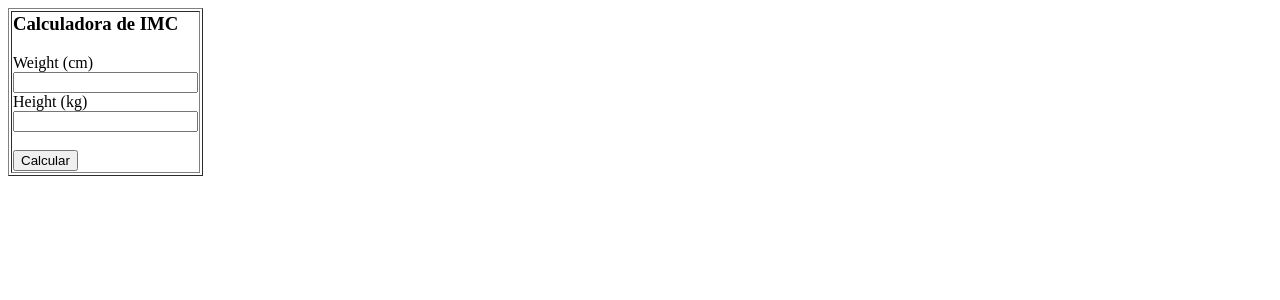
Repository: Patriciamativi/Projetos
Page: index.html
The author's editor kept a copy of each file at every save. The page is drawn from the files as they stood at one save, then again after the next save.
The browser window is 1280 px wide. The pictures show the whole page.

Above is the page before, as saved 2022-11-21 15:30:07.

After the next save:
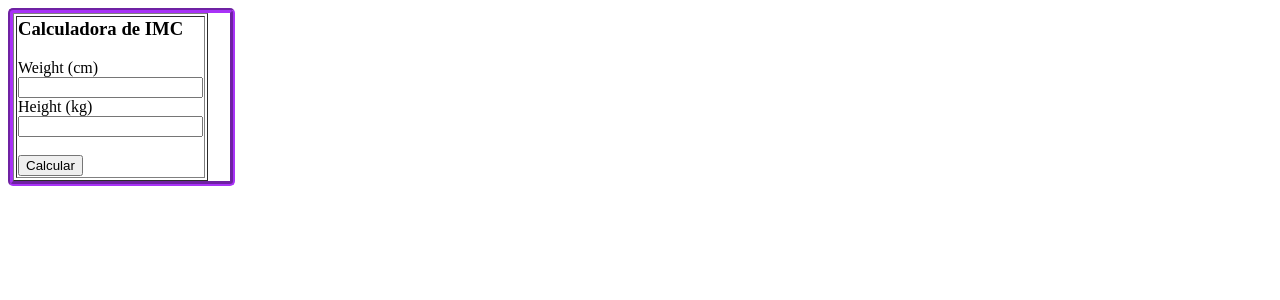
Saved 8 s later.
--- a/index.html
+++ b/index.html
@@ -6,7 +6,7 @@
         <style type="text/css">
 
             p {
-                /*border: 5px groove rgb(168, 50, 247);
+                border: 5px groove rgb(168, 50, 247);
                 border-radius: 5px;
                 width: 217px;
             }
